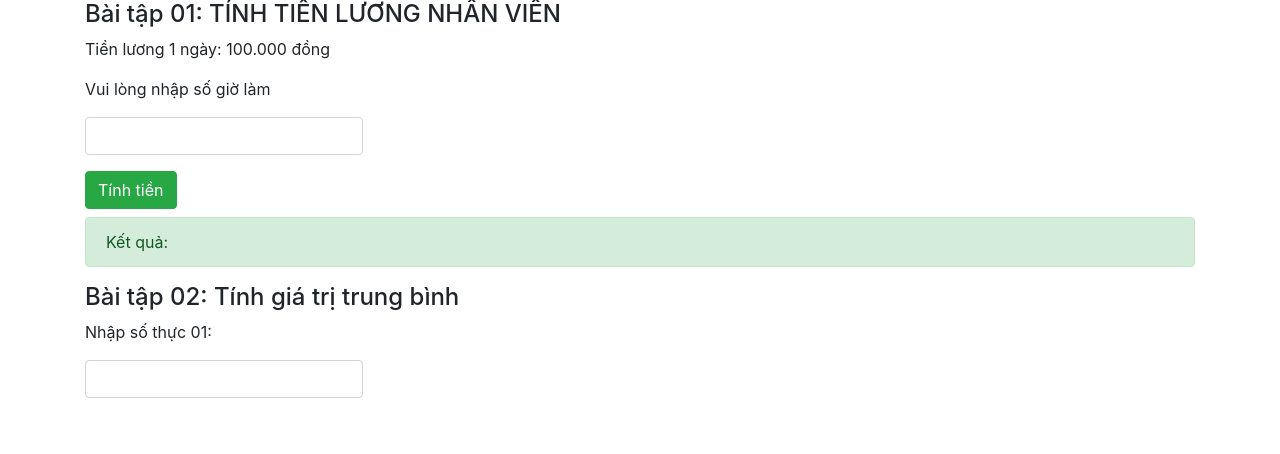
Repository: ducdatit2002/javascript-tinh-day13
Page: index.html
These files come from the project's save history. The page is drawn as it stood at one moment and after the next save; the edit follows.
The browser window is 1280 px wide. The pictures show the whole page.

Above is the page before, as saved 2023-08-13 23:58:44.

After the next save:
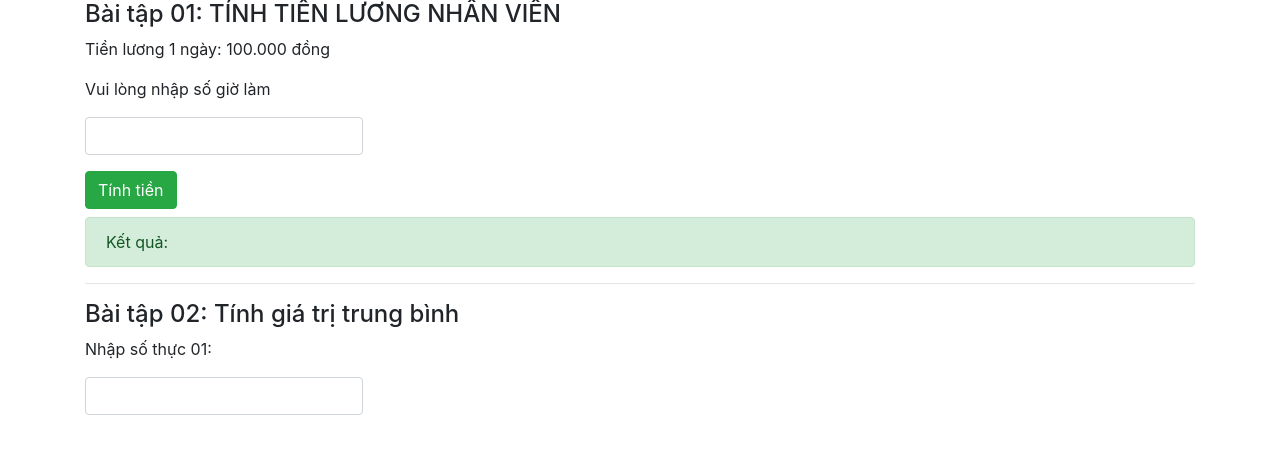
Saved 12 s later.
--- a/index.html
+++ b/index.html
@@ -40,7 +40,7 @@
           Kết quả: <span id="tongLuong"></span>
         </div>
       </div>
-
+<hr>
       <!-- Bài 2: TÍNH GIÁ TRỊ TRUNG BÌNH -->
       <div class="form-group">
         <h4>Bài tập 02: Tính giá trị trung bình</h4>
